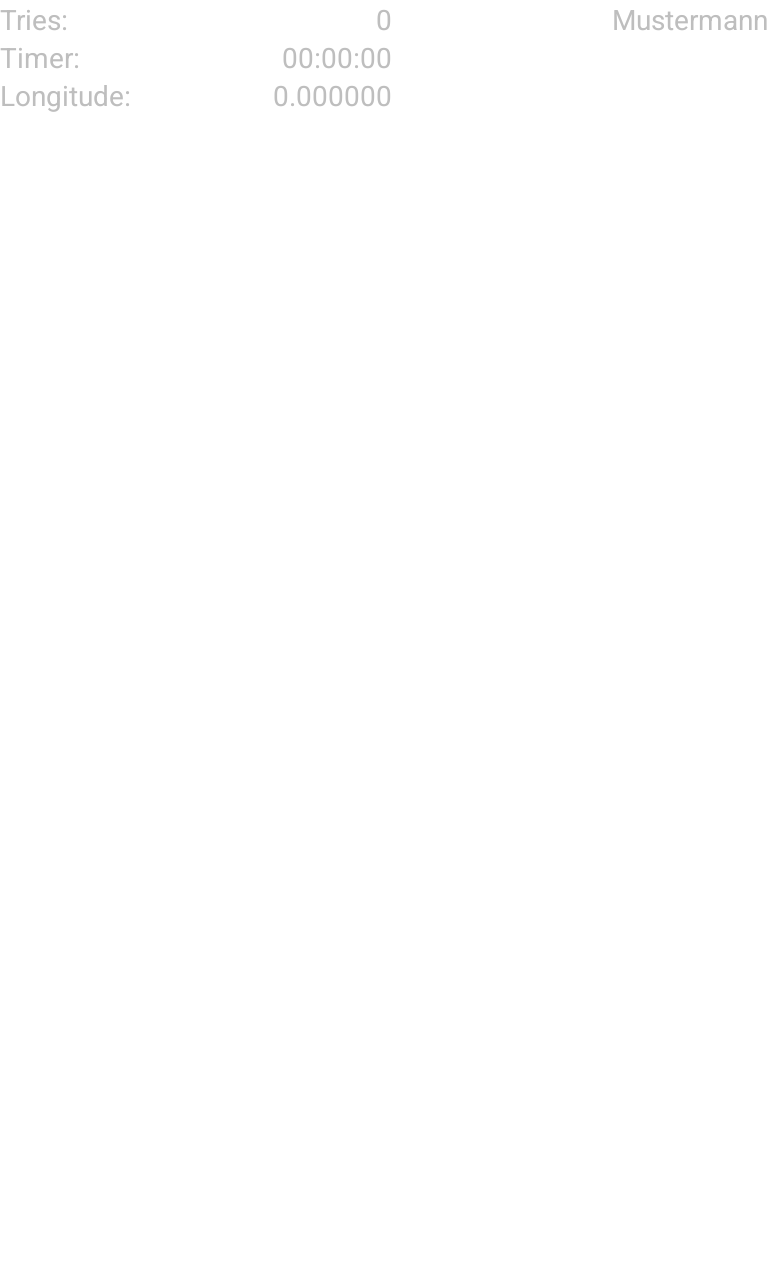
Repository: ymc-sise/sport-memory
Layout: memory/res/layout/game.xml
The author's editor kept a copy of each file at every save. The layout is drawn from the files as they stood at one save, then again after the next save.
It is drawn on a 768 x 1280 px phone screen (xhdpi) without system bars, with theme android:Theme.Wallpaper; the app's code is not run.

Above is the layout before, as saved 2014-01-18 20:10:39.

### memory/res/layout/game.xml
<?xml version="1.0" encoding="utf-8"?>
<RelativeLayout xmlns:android="http://schemas.android.com/apk/res/android"
    android:id="@+id/RelativeLayout1"
    android:layout_width="fill_parent"
    android:layout_height="fill_parent"
    android:orientation="vertical"
    android:stretchColumns="50" >


        <TextView
        android:id="@+id/tries"
        android:layout_width="wrap_content"
        android:layout_height="wrap_content"
        android:layout_alignParentLeft="true"
        android:layout_alignParentTop="true"
        android:text="@string/tries" />

    <TextView
        android:id="@+id/anz"
        android:layout_width="wrap_content"
        android:layout_height="wrap_content"
        android:layout_alignParentTop="true"
        android:layout_centerHorizontal="true"
        android:text="@string/thisisanull" />

    <TextView
        android:id="@+id/mustermann"
        android:layout_width="wrap_content"
        android:layout_height="wrap_content"
        android:layout_alignParentRight="true"
        android:layout_alignParentTop="true"
        android:text="@string/mustermann" />

        <TextView
        android:id="@+id/Timer"
        android:layout_width="wrap_content"
        android:layout_height="wrap_content"
        android:layout_alignParentLeft="true"
        android:layout_below="@+id/tries"
        android:text="@string/Timer" />

            <TextView
        android:id="@+id/time"
        android:layout_width="wrap_content"
        android:layout_height="wrap_content"
        android:layout_alignRight="@+id/anz"
        android:layout_below="@+id/anz"
        android:text="@string/time" />

            <TextView
        android:id="@+id/longitudeLabel"
        android:layout_width="wrap_content"
        android:layout_height="wrap_content"
        android:layout_alignParentLeft="true"
        android:layout_below="@+id/Timer"
        android:text="@string/longitudeLabel" />

            <TextView
        android:id="@+id/longitudeValue"
        android:layout_width="wrap_content"
        android:layout_height="wrap_content"
        android:layout_alignBaseline="@+id/longitudeLabel"
        android:layout_alignBottom="@+id/longitudeLabel"
        android:layout_alignRight="@+id/time"
        android:text="@string/longitudeValue" />

    <TableLayout
        android:id="@+id/tableLayout1"
        android:layout_width="wrap_content"
        android:layout_height="wrap_content"
        android:layout_centerHorizontal="true"
        android:layout_marginTop="62dp"
        android:orientation="vertical" >

        <TableRow
            android:id="@+id/tableRow2"
            android:layout_width="wrap_content"
            android:layout_height="wrap_content" >
        </TableRow>

        <TableRow
            android:id="@+id/tableRow3"
            android:layout_width="wrap_content"
            android:layout_height="wrap_content" >
        </TableRow>

        <TableRow
            android:id="@+id/tableRow4"
            android:layout_width="wrap_content"
            android:layout_height="wrap_content" >
        </TableRow>
    </TableLayout>



</RelativeLayout>

### memory/res/values/strings.xml
<?xml version="1.0" encoding="utf-8"?>
<resources>

    <string name="app_name">Sport memory</string>
    <string name="spielen">Play</string>
    <string name="einstellung">Settings</string>
    <string name="impressum">About</string>
    <string name="version10">Version 1.0</string>
    <string name="anzKarten">Number of cards</string>
    <string name="sechszehn">16</string>
    <string name="vierundzwanzig">24</string>
    <string name="zurueck">Back</string>
    <string name="spielername">Player name</string>
    <string name="namEingeben">Enter your name!</string>
    <string name="sechsunddreissig">36</string>
    <string name="tries">Tries:</string>
    <string name="url">URL</string>
    <string name="urlEingeben">localhost</string>
    <string name="localhost">use LocalHost</string>
    <string name="LocalHost">localhost</string>
    <string name="mustermann">Mustermann</string>
    <string name="thisisanull">0</string>
    <string name="impress">Sport memory is a student project. You have to solve memory additionaly with your gps coordinates.</string>
    <string name="impress2">Software licence: Apache License 2.0</string>
    <string name="impress3"></string>
    <string name="impress4">Developer Simon Schneeberger</string>
    <string name="Timer">Timer:</string>
    <string name="time">00:00:00</string>
    <string name="latitudeLabel">Latitude:</string>
    <string name="longitudeLabel">Longitude:</string>
    <string name="longitudeValue">0.000000</string>
    <string name="latitudeValue">0.000000</string>

</resources>

After the next save:
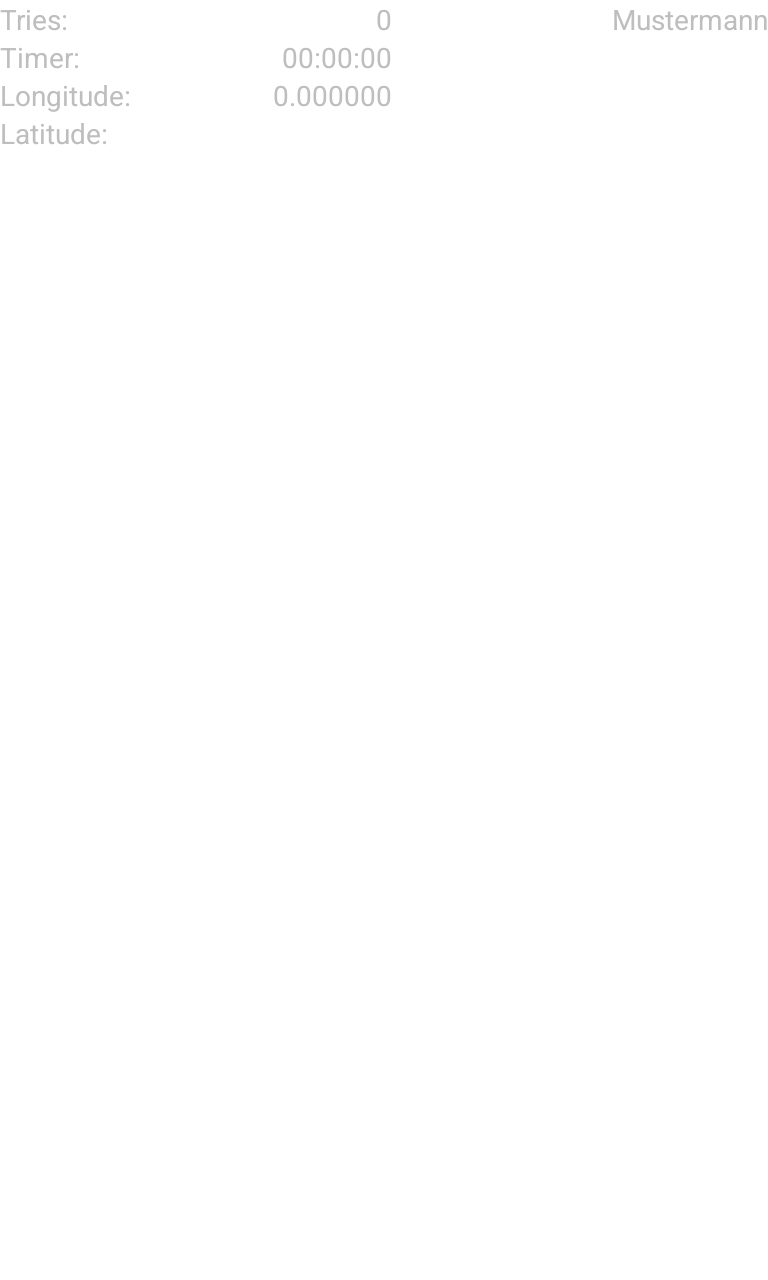
Saved 22 s later.
--- a/memory/res/layout/game.xml
+++ b/memory/res/layout/game.xml
@@ -64,6 +64,14 @@
         android:layout_alignRight="@+id/time"
         android:text="@string/longitudeValue" />
 
+            <TextView
+        android:id="@+id/latitudeLabel"
+        android:layout_width="wrap_content"
+        android:layout_height="wrap_content"
+        android:layout_alignParentLeft="true"
+        android:layout_below="@+id/longitudeLabel"
+        android:text="@string/latitudeLabel" />
+
     <TableLayout
         android:id="@+id/tableLayout1"
         android:layout_width="wrap_content"
